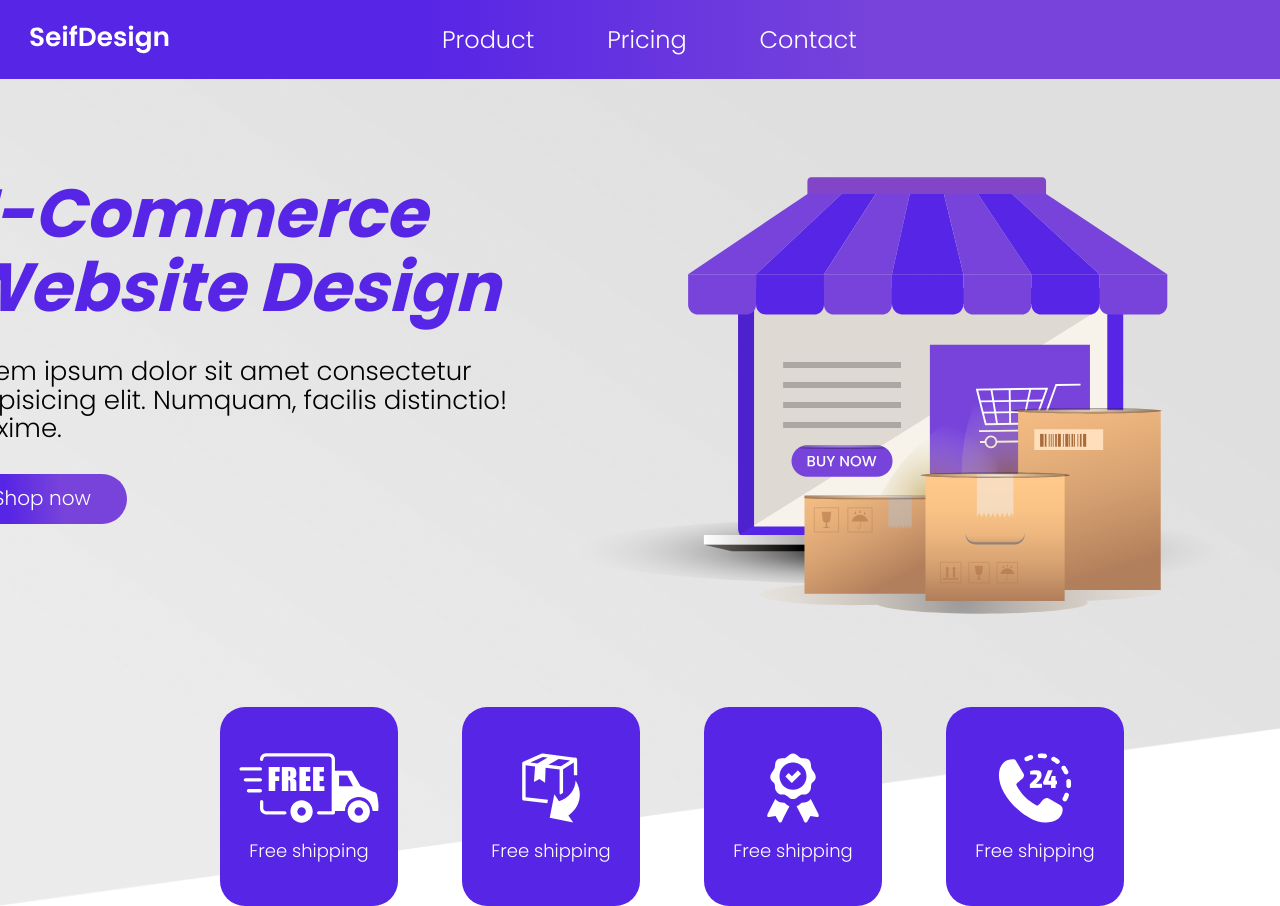
Repository: simralgasimov/newpage
Page: index.html
These files come from the project's save history. The page is drawn as it stood at one moment and after the next save; the edit follows.
The browser window is 1280 px wide. The pictures show the whole page.
The style sheet was rebuilt from its Sass, Less or Tailwind sources for each picture, by a compiler version that may differ from the author's.

Above is the page before, as saved 2023-12-13 15:05:17.
Not found: index.js

### index.html
<!DOCTYPE html>
<html lang="en">
  <head>
    <meta charset="UTF-8" />
    <meta name="viewport" content="width=device-width, initial-scale=1.0" />
    <title>Document</title>
    <link rel="stylesheet" href="./reset.css" />
    <link rel="stylesheet" href="./index.css" />
  </head>
  <body>
    <div class="container">
      <nav>
        <!-- <div class="logo"> -->
          <img class="logo-img" src=".//image/SeifDesign.svg" alt="" />
        <!-- </div> -->
        <ul>
          <li><a href="#">Product</a></li>
          <li><a href="#">Pricing</a></li>
          <li><a href="#">Contact</a></li>
        </ul>
        <div class="burgerMenu">
          <img src="./image/Frame 1.svg" alt="" />
        </div>
      </nav>
      <div class="box-container">
        <div class="box-1">
          <div class="text-container">
            <h1>E-Commerce Website Design</h1>
            <p>
              Lorem ipsum dolor sit amet consectetur adipisicing elit. Numquam,
              facilis distinctio! Maxime.
            </p>
            <button><a href="#">Shop now</a></button>
          </div>

            <img class="house-img" src=".//image/Group (1).svg" alt="" />

        </div>

          <ul>
            <li>
              <img src="./image/Group (2).svg" alt="" />
              <p>Free shipping</p>
            </li>

            <li>
              <img src="./image/Vector (1).svg" alt="" />
              <p>Free shipping</p>
            </li>
            <li>
              <img src="./image/Group (3).svg" alt="" />
              <p>Free shipping</p>
            </li>
            <li>
              <img src="./image/Vector (2).svg" alt="" />
              <p>Free shipping</p>
            </li>
          </ul>
        </div>

    </div>

  </body>
  <script src="./index.js"></script>
</html>

### index.scss
@import url("https://fonts.googleapis.com/css2?family=Poppins:wght@300;700&display=swap");
* {
  margin: 0;
  padding: 0;
  box-sizing: border-box;
}
.container {
  background-image: url("./image/Rectangle\ 3.png");
  background-repeat: no-repeat;
  background-size: 100% 100%;
  min-height: 100vh;
  width: 100%;
  @media screen and (max-width: 1024px) {
    padding: 21px 21px;
  }
  nav {
    display: flex;
    align-items: center;
    background: linear-gradient(270deg, #7743db 31.64%, #5725e5 66.78%);
    padding: 20px 30px;
    @media screen and (max-width: 1024px) {
      justify-content: space-between;
    }
    .burgerMenu {
      display: none;
      @media screen and (max-width: 1024px) {
        display: block;
      }
    }
    .logo-img {
      width: 139px;
      height: 39px;
      @media screen and (max-width: 1024px) {
        width: 97px;
        height: 27px;
      }
    }

    ul {
        display: flex;
        margin-left: 200px;
      @media screen and (max-width: 1024px) {
        display: none;
      }


      li {
        margin-left: 73px;
        list-style-type: none;
        a {
          text-decoration: none;
          width: 98px;
          height: 30px;
          color: #fff;
          text-align: center;
          font-family: Poppins;
          font-size: 24px;
          font-style: normal;
          font-weight: 300;
          line-height: normal;
        }
      }
    }
  }
}
.box-container {
  .box-1 {
    padding: 98px 164px 43px 83px;
    display: flex;
    justify-content: center;
    .text-container {
      h1 {
        margin-bottom: 32px;
        width: 608px;
        font-family: Poppins;
        font-size: 68px;
        font-style: italic;
        font-weight: 700;
        line-height: 109%; /* 74.12px */
        color: #5725e5;
      }
      p {
        width: 608px;
        color: #000;
        font-family: Poppins;
        font-size: 26px;
        font-style: normal;
        font-weight: 300;
        line-height: 109%;
      }
      button {
        border: none;
        margin-top: 32px;
        display: flex;
        width: 170px;
        height: 50px;
        padding: 0px 24px;
        justify-content: center;
        align-items: center;
        border-radius: 25px;
        background: linear-gradient(263deg, #7743db 38.81%, #5725e5 70.24%);
        a {
          text-decoration: none;
          color: #fff;
          font-family: Poppins;
          font-size: 20px;
          font-style: normal;
          font-weight: 400;
          line-height: 109%; /* 21.8px */
        }
      }
    }

    .house-img {
      width: 677.61px;
      height: 437.417px;
    }
  }

  ul {
    display: flex;
    justify-content: center;

    li {
      margin-left: 64px;
      margin-top: 50px;
      display: flex;
      width: 178px;
      height: 199px;
      padding: 10px;
      flex-direction: column;
      justify-content: center;
      align-items: center;
      gap: 18px;
      border-radius: 25px;
      background: #5725e5;
      img {
        width: 139.997px;
        height: 70px;
      }
      p {
        color: #fff;
        text-align: center;
        font-family: Poppins;
        font-size: 18px;
        font-style: normal;
        font-weight: 400;
        line-height: 109%; /* 19.62px */
      }
    }
  }
}

Loaded but not shown: reset.css (common file)

After the next save:
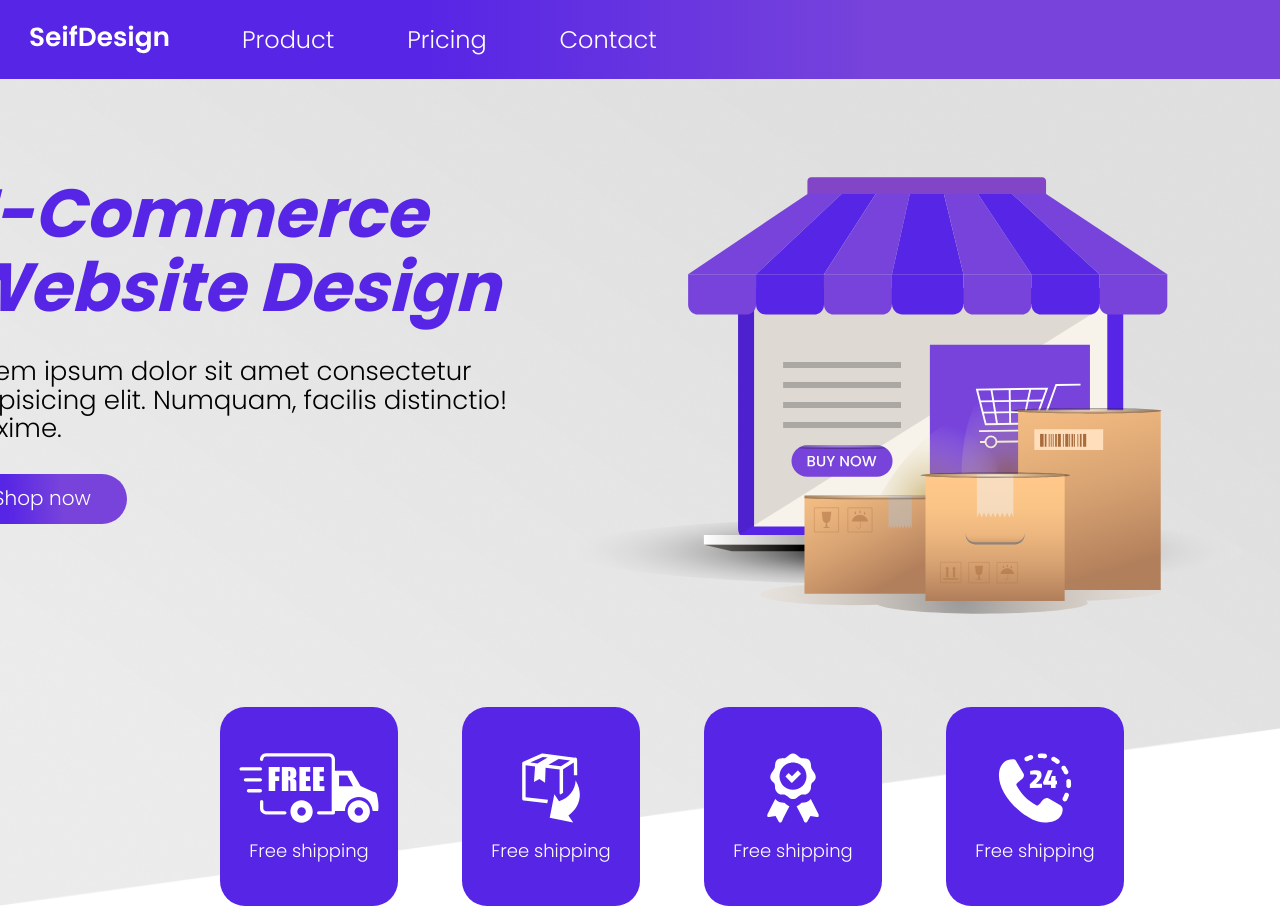
Saved 35 s later.
--- a/index.scss
+++ b/index.scss
@@ -38,7 +38,7 @@
 
     ul {
         display: flex;
-        margin-left: 200px;
+        /* margin-left: 200px; */
       @media screen and (max-width: 1024px) {
         display: none;
       }
